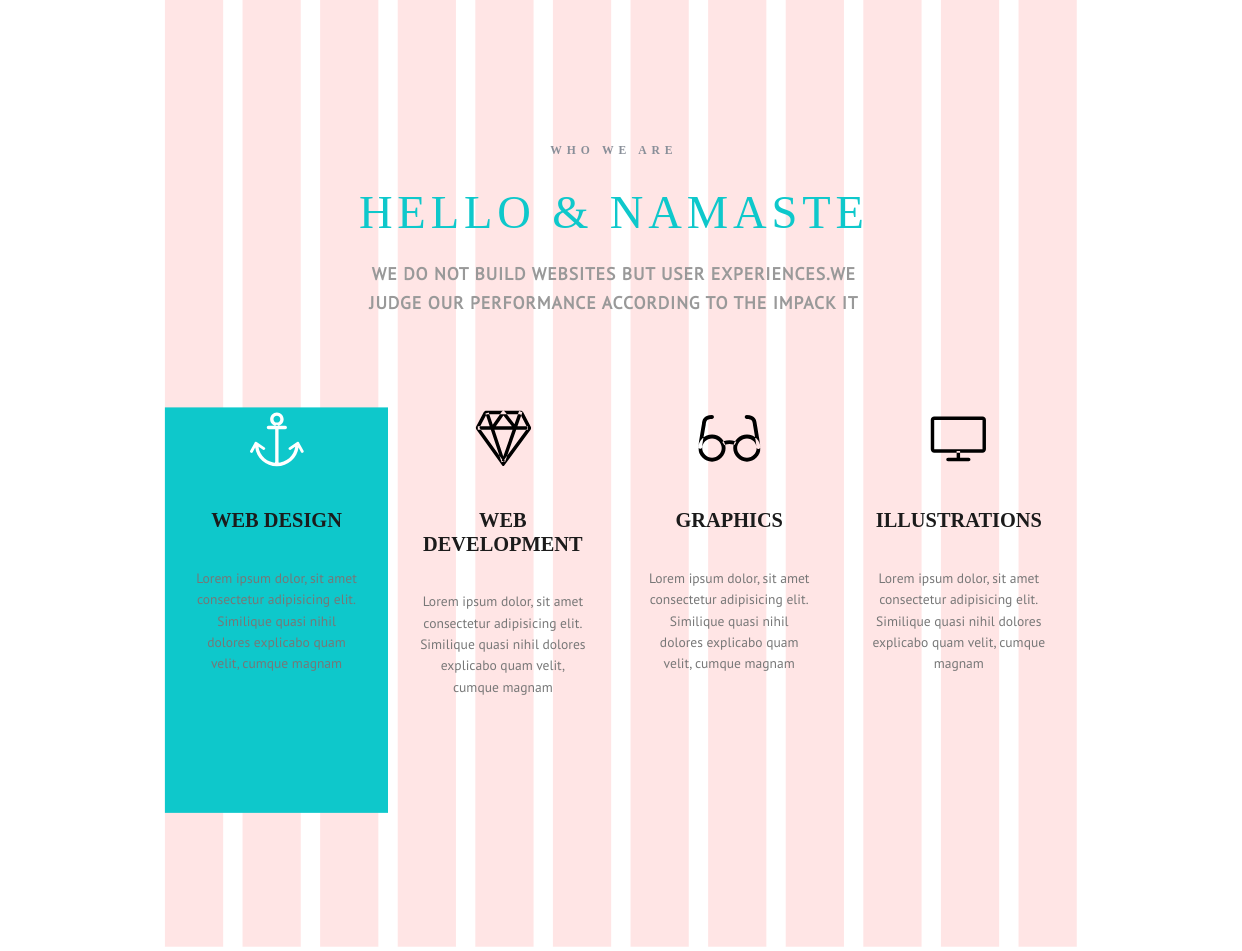
Repository: shpakovskaya/github.io
Page: boxsizing/namastegreen/index.html
The author's editor kept a copy of each file at every save. The page is drawn from the files as they stood at one save, then again after the next save.
The browser window is 1280 px wide. The pictures show the whole page, at 97% of full size.
The pointer rests on the first visible `.c-wrapper__anchor`.

Above is the page before, as saved 2021-11-24 18:09:10.

### boxsizing/namastegreen/index.html
<!DOCTYPE html>
<html lang="en">
  <head>
    <meta charset="UTF-8" />
    <meta http-equiv="X-UA-Compatible" content="IE=edge" />
    <meta name="viewport" content="width=device-width, initial-scale=1.0" />
    <title>namaste_green</title>
    <link
      rel="stylesheet"
      href="https://cdnjs.cloudflare.com/ajax/libs/normalize/8.0.1/normalize.min.css"
      integrity="sha512-NhSC1YmyruXifcj/KFRWoC561YpHpc5Jtzgvbuzx5VozKpWvQ+4nXhPdFgmx8xqexRcpAglTj9sIBWINXa8x5w=="
      crossorigin="anonymous"
      referrerpolicy="no-referrer"
    />
    <link
      rel="shortcut icon"
      href="./free-icon-sahasrara-5937794.ico"
      type="image/x-icon"
    />
    <!-- Fonts -->
    <link rel="stylesheet" href="./montserrat/Montserrat-Regular.ttf" />
    <link rel="stylesheet" href="./montserrat/Montserrat-Bold.ttf" />
    <link rel="preconnect" href="https://fonts.googleapis.com" />
    <link rel="preconnect" href="https://fonts.gstatic.com" crossorigin />
    <link
      href="https://fonts.googleapis.com/css2?family=PT+Sans&display=swap"
      rel="stylesheet"
    />
    <link rel="stylesheet" href="./style.css" />
  </head>
  <body>
    <!-- Background -->
    <div class="conteiner">
      <img
        src="./img/1b0eb2e9-f134-46c9-915e-629d914347aa (1).png"
        alt="background"
      />
      <!-- Header -->
      <header class="header conteiner">
        <header class="header__wrapper">
          <h5 class="e-header__one">WHO WE ARE</h5>
          <h2 class="e-header__two">HELLO & NAMASTE</h2>
          <h4 class="e-header__three">
            WE DO NOT BUILD WEBSITES BUT USER EXPERIENCES.WE
            <br />JUDGE OUR PERFORMANCE ACCORDING TO THE IMPACK IT
          </h4>
        </header>
      </header>
      <!-- Main content -->
      <div class="wrapper">
        <!-- Anchor item -->
        <div class="c-wrapper__anchor">
          <div class="e-wrapper__anchor">
            <svg
              version="1.2"
              baseprofile="tiny-ps"
              xmlns="http://www.w3.org/2000/svg"
              viewbox="0 0 69 74"
              width="64"
              height="64"
            >
              <path
                id="Anchor"
                class="shp0"
                d="M35 70.19C21.76 70.19 10.62 60.29 9.08 47.16C8.95 46.06 9.73 45.07 10.83 44.94C11.92 44.8 12.92 45.59 13.05 46.69C14.35 57.81 23.79 66.19 35 66.19C46.19 66.19 55.63 57.82 56.95 46.73C57.08 45.63 58.07 44.84 59.17 44.98C60.27 45.11 61.06 46.1 60.92 47.2C59.36 60.31 48.22 70.19 35 70.19ZM35 69.68C33.89 69.68 33 68.79 33 67.68L33 22.56C33 21.45 33.89 20.56 35 20.56C36.1 20.56 37 21.45 37 22.56L37 67.68C37 68.79 36.1 69.68 35 69.68ZM35.03 9.94C37.27 9.94 39.09 11.76 39.09 14C39.09 16.24 37.27 18.06 35.03 18.06C32.79 18.06 30.97 16.24 30.97 14C30.97 11.76 32.79 9.94 35.03 9.94M35.03 5.94C30.58 5.94 26.97 9.55 26.97 14C26.97 18.45 30.58 22.06 35.03 22.06C39.48 22.06 43.09 18.45 43.09 14C43.09 9.55 39.48 5.94 35.03 5.94L35.03 5.94ZM59.4 45.16L51.49 50.54C50.81 50.97 49.89 50.95 49.48 50.25L49.07 49.8C48.67 49.1 48.89 48.18 49.57 47.74L58.67 41.6C58.68 41.59 58.69 41.58 58.7 41.57L59.32 41.17C59.66 40.95 60.05 40.9 60.4 40.99C60.76 41.07 61.09 41.3 61.29 41.65L61.66 42.28C61.67 42.3 61.66 42.31 61.67 42.32L66.81 51.78C67.22 52.48 67 53.39 66.32 53.83L65.75 54.05C65.07 54.48 64.23 54.09 63.82 53.39L59.4 45.16ZM6.18 53.39C5.77 54.09 4.93 54.48 4.25 54.05L3.68 53.83C3 53.39 2.78 52.48 3.19 51.78L8.33 42.32C8.34 42.31 8.33 42.3 8.34 42.28L8.71 41.65C8.91 41.3 9.24 41.07 9.6 40.99C9.95 40.9 10.34 40.95 10.68 41.17L11.3 41.57C11.31 41.58 11.32 41.59 11.33 41.6L20.43 47.74C21.11 48.18 21.33 49.1 20.93 49.8L20.52 50.25C20.11 50.95 19.19 50.97 18.51 50.54L10.6 45.16L6.18 53.39ZM25 22L45 22C46.1 22 47 22.89 47 24C47 25.1 46.1 26 45 26L25 26C23.9 26 23 25.1 23 24C23 22.89 23.9 22 25 22Z"
              />
            </svg>
          </div>
          <div class="title">
            <h4 class="title__anchor">WEB DESIGN</h4>
          </div>
          <div class="text__anchor">
            <span
              >Lorem ipsum dolor, sit amet consectetur adipisicing elit.
              Similique quasi nihil dolores explicabo quam velit, cumque magnam
            </span>
          </div>
        </div>
        <!-- Diamond item -->
        <div class="c-wrapper__diamond">
          <div class="e-wrapper__diamond">
            <svg
              version="1.2"
              baseprofile="tiny-ps"
              xmlns="http://www.w3.org/2000/svg"
              viewbox="0 0 74 72"
              width="66"
              height="64"
            >
              <path
                id="Diamond"
                class="shp0"
                d="M57.75 7.98L66.06 23.88L37.94 62.17L10.27 23.59L18.57 7.98L57.75 7.98M58.17 3.98L18.17 3.98C17.07 3.98 15.74 4.77 15.23 5.75L6.51 22.14C5.99 23.11 6.09 24.63 6.73 25.53L36.74 67.35C37.06 67.8 37.49 68.03 37.91 68.03C38.34 68.03 38.76 67.81 39.09 67.36L69.58 25.85C70.23 24.96 70.35 23.44 69.84 22.47L61.09 5.75C60.58 4.78 59.27 3.98 58.17 3.98L58.17 3.98ZM66.42 25.98L8.42 25.98L8.42 21.98L66.42 21.98L66.42 25.98ZM36.02 63.61L17.27 7.11L21.06 5.85L39.81 62.35L36.02 63.61ZM39.96 63.18L36.18 61.86L56.28 4.32L60.06 5.64L39.96 63.18ZM27.14 25.12L23.86 22.83L36.39 4.83C36.76 4.31 37.35 3.99 37.98 3.97C38.59 3.98 39.22 4.24 39.61 4.75L53.08 22.08L49.92 24.54L38.12 9.35L27.14 25.12Z"
              />
            </svg>
          </div>
          <div class="title">
            <h4 class="title__diamond">WEB DEVELOPMENT</h4>
          </div>
          <div class="text__diamond">
            <span
              >Lorem ipsum dolor, sit amet consectetur adipisicing elit.
              Similique quasi nihil dolores explicabo quam velit, cumque magnam
            </span>
          </div>
        </div>
        <!-- Eyeglasses item -->
        <div class="c-wrapper__eyeglasses">
          <div class="e-wrapper__eyeglasses">
            <svg
              version="1.2"
              baseprofile="tiny-ps"
              xmlns="http://www.w3.org/2000/svg"
              viewbox="0 0 64 48"
              width="64"
              height="64"
            >
              <path
                id="Eyeglasses"
                class="shp0"
                d="M1.91 34.69C1.86 34.69 1.81 34.69 1.77 34.69C0.66 34.61 -0.17 33.65 -0.09 32.55C-0.03 31.68 3.03 12.72 3.54 9.66C3.59 9.37 3.62 9.06 3.67 8.73C4.06 5.65 4.79 -0.06 14.01 -0.06C15.12 -0.06 16.01 0.83 16.01 1.94C16.01 3.04 15.12 3.94 14.01 3.94C8.31 3.94 8.01 6.28 7.63 9.24C7.59 9.62 7.54 9.98 7.48 10.32C7.09 12.7 4.32 26.99 3.9 32.83C3.83 33.89 2.95 34.69 1.91 34.69ZM62.09 34.82C61.05 34.82 59.97 34.01 59.9 32.96C59.48 27.12 56.71 12.7 56.32 10.32C56.26 9.98 56.21 9.62 56.17 9.24C55.79 6.28 55.49 3.94 49.79 3.94C48.69 3.94 47.79 3.04 47.79 1.94C47.79 0.83 48.69 -0.06 49.79 -0.06C59.01 -0.06 59.74 5.65 60.13 8.73C60.18 9.06 60.21 9.37 60.26 9.66C60.77 12.72 64.03 31.81 64.09 32.67C64.17 33.78 63.34 34.73 62.23 34.81C62.19 34.82 62.14 34.82 62.09 34.82ZM14.08 24.02C19.58 24.02 24.04 28.48 24.04 33.98C24.04 39.47 19.58 43.94 14.08 43.94C8.57 43.94 3.92 39.38 3.92 33.98C3.92 28.58 8.57 24.02 14.08 24.02M14.08 20.02C6.37 20.02 -0.08 26.27 -0.08 33.98C-0.08 41.69 6.37 47.94 14.08 47.94C21.79 47.94 28.04 41.69 28.04 33.98C28.04 26.27 21.79 20.02 14.08 20.02L14.08 20.02ZM50.08 24.02C55.57 24.02 60.04 28.48 60.04 33.98C60.04 39.47 55.57 43.94 50.08 43.94C44.57 43.94 39.91 39.38 39.91 33.98C39.91 28.58 44.57 24.02 50.08 24.02M50.08 20.02C42.37 20.02 35.91 26.27 35.91 33.98C35.91 41.69 42.37 47.94 50.08 47.94C57.79 47.94 64.04 41.69 64.04 33.98C64.04 26.27 57.79 20.02 50.08 20.02L50.08 20.02ZM26.87 30.96L24.69 27.6C24.97 27.42 27.51 25.83 31.98 25.83C36.25 25.83 38.86 27.23 39.15 27.39L37.18 30.88C37.18 30.88 35.21 29.83 31.98 29.83C28.71 29.83 26.89 30.94 26.87 30.96Z"
              />
            </svg>
          </div>
          <div class="title">
            <h4 class="title__eyeglasses">GRAPHICS</h4>
          </div>
          <div class="text__eyeglasses">
            <span
              >Lorem ipsum dolor, sit amet consectetur adipisicing elit.
              Similique quasi nihil dolores explicabo quam velit, cumque magnam
            </span>
          </div>
        </div>
        <!-- Monitor item -->
        <div class="c-wrapper__monitor">
          <div class="e-wrapper__monitor">
            <svg
              version="1.2"
              baseprofile="tiny-ps"
              xmlns="http://www.w3.org/2000/svg"
              viewbox="0 0 72 65"
              width="64"
              height="64"
            >
              <path
                id="Monitor"
                class="shp0"
                d="M64 10.98L64 44.99L8 44.99L8 10.98L64 10.98M64 6.98L8 6.98C5.8 6.98 4 8.78 4 10.98L4 44.99C4 47.19 5.8 48.99 8 48.99L64 48.99C66.2 48.99 68 47.19 68 44.99L68 10.98C68 8.78 66.2 6.98 64 6.98L64 6.98ZM38 47L38 55L48 55C49.1 55 50 55.9 50 57C50 58.1 49.1 59 48 59L24 59C22.9 59 22 58.1 22 57C22 55.9 22.9 55 24 55L34 55L34 47L38 47Z"
              />
            </svg>
          </div>
          <div class="title">
            <h4 class="title__monitor">ILLUSTRATIONS</h4>
          </div>
          <div class="text__monitor">
            <span
              >Lorem ipsum dolor, sit amet consectetur adipisicing elit.
              Similique quasi nihil dolores explicabo quam velit, cumque magnam
            </span>
          </div>
        </div>
      </div>
    </div>
  </body>
</html>

### boxsizing/namastegreen/style.css
* {
  margin: 0;
  padding: 0;
  box-sizing: border-box;
}

.conteiner {
  max-width: 1280px;
  max-height: 976px;
  position: relative;
}

/* Header */
.header {
  position: absolute;
  top: 0px;
  left: 370px;
}

.header__wrapper {
  margin-top: 140px;
  text-align: center;
  line-height: 30px;
  /* display: flex;
  flex-direction: column; */
  /* justify-content: center; */
}
.e-header__one {
  font-size: 12px;
  font-family: "Montserrat";

  color: #898f99;
  letter-spacing: 5px;
  margin-bottom: 34px;
}

.e-header__two {
  font-size: 48px;
  font-family: "Montserrat";
  color: #0ec8cb;
  margin-bottom: 34px;
  letter-spacing: 5px;
  font-weight: 400;
}

.e-header__three {
  font-size: 18px;
  letter-spacing: 1px;
  color: #999999;
  font-family: "PT Sans";
}

/* Items */
.wrapper {
  position: absolute;
  top: 420px;
  left: 170px;
  display: flex;
  flex-direction: row;
  text-align: center;
  max-width: 940px;
  min-height: 418px;
}

.c-wrapper {
  display: inline-block;
  align-content: center;
}

/* Title */
.title {
  color: #1b1b1b;
  margin: 36px;
  font-size: 21px;
  font-family: "Montserrat";
}

/* Text */
.text__diamond,
.text__anchor,
.text__eyeglasses,
.text__monitor {
  margin: 32px;
  color: #777777;
  font-size: 14px;
  line-height: 22px;
  font-family: "PT Sans";
  font-weight: 400;
}

/* Items hover */

#Eyeglasses:hover {
  fill: white;
}
#Monitor:hover {
  fill: white;
}

#Diamond:hover {
  fill: white;
}

.c-wrapper__anchor:hover {
  background-color: #0ec8cb;

  color: white;
  fill: white;
}

After the next save:
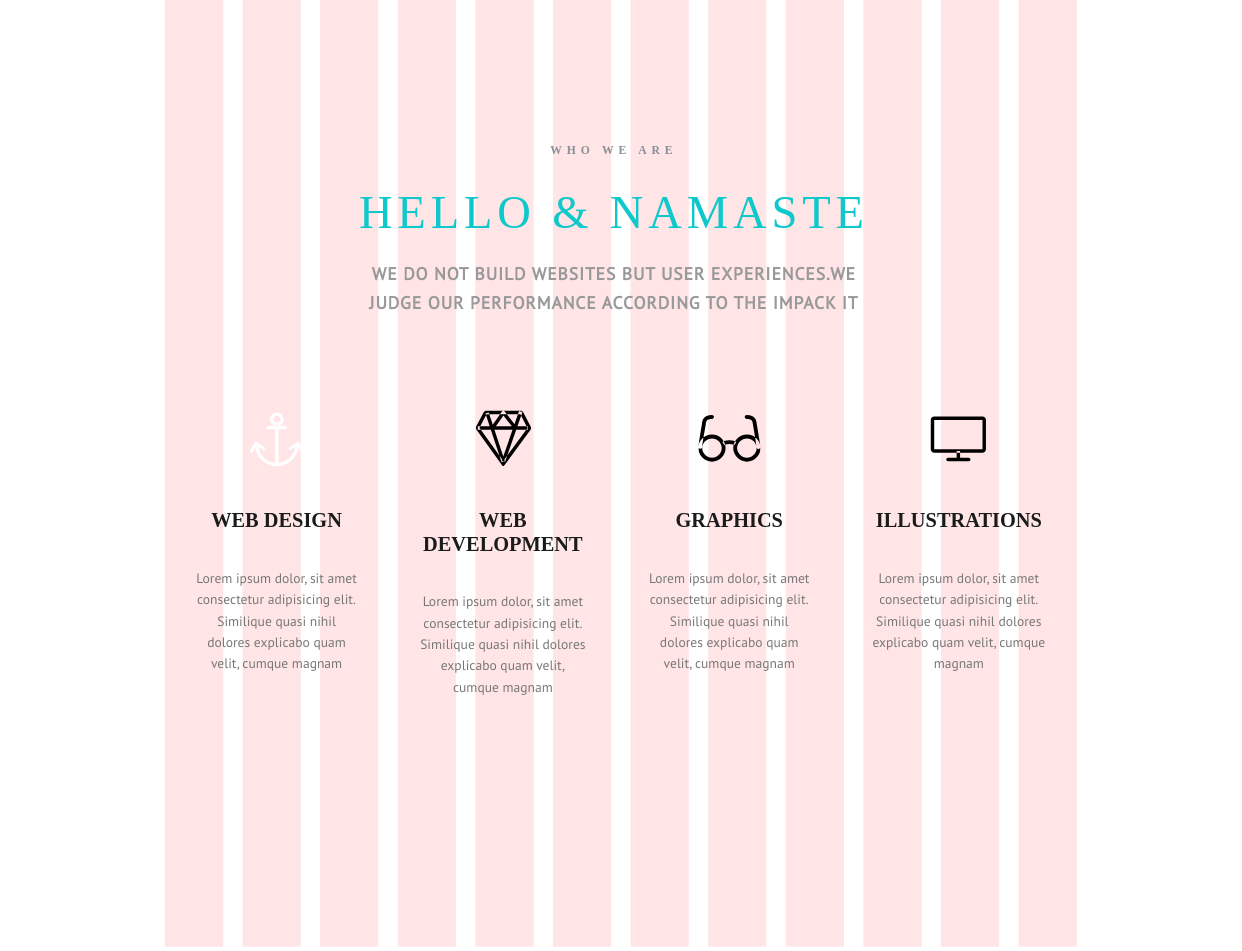
Saved 111 s later.
--- a/boxsizing/namastegreen/style.css
+++ b/boxsizing/namastegreen/style.css
@@ -102,7 +102,7 @@
 }
 
 .c-wrapper__anchor:hover {
-  background-color: #0ec8cb;
+  background-color: transparent #0ec8cb;
 
   color: white;
   fill: white;

After the save that followed:
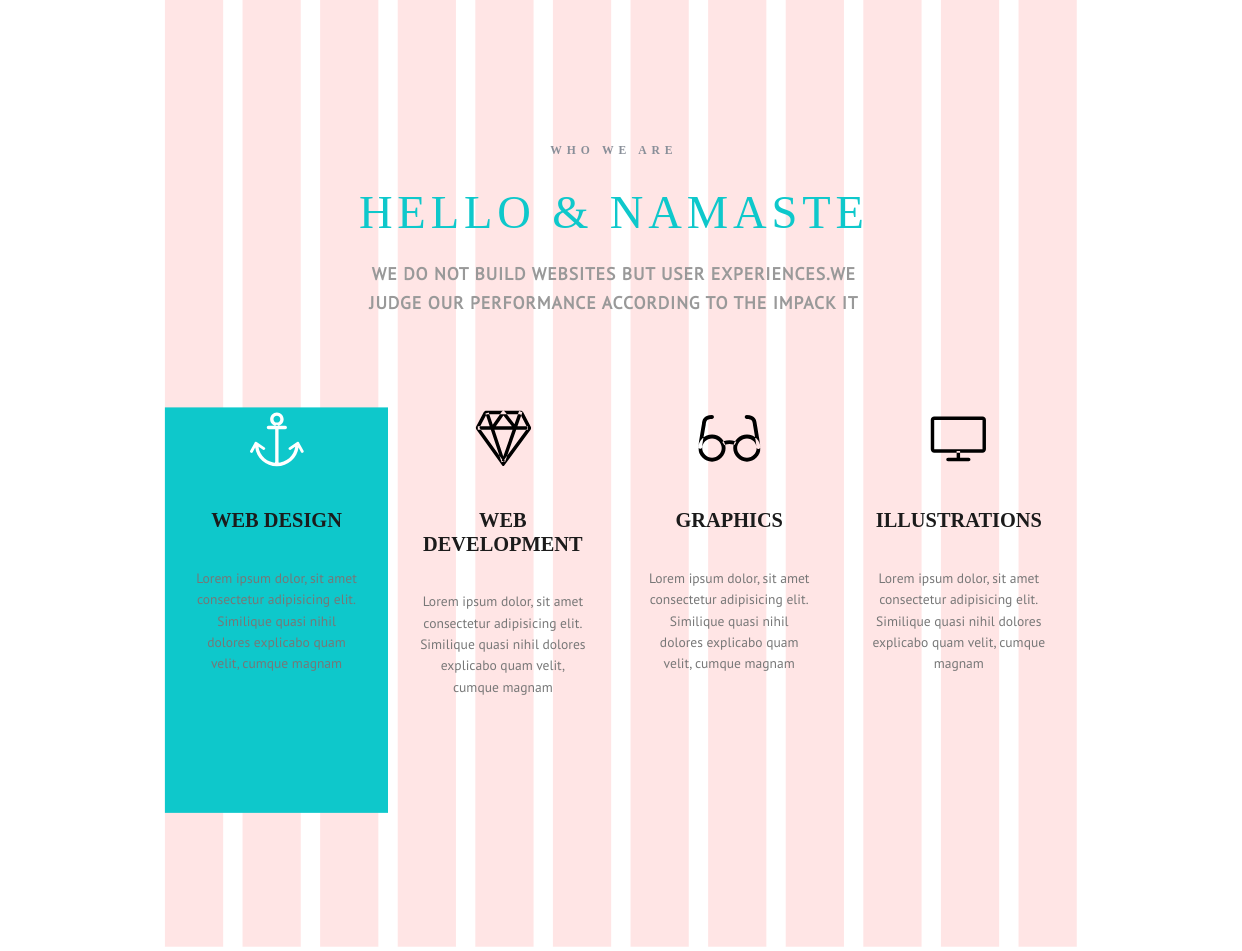
Saved 66 s later.
--- a/boxsizing/namastegreen/style.css
+++ b/boxsizing/namastegreen/style.css
@@ -102,8 +102,8 @@
 }
 
 .c-wrapper__anchor:hover {
-  background-color: transparent #0ec8cb;
-
+  background-color: transparent;
+  background-color: #0ec8cb;
   color: white;
   fill: white;
 }
